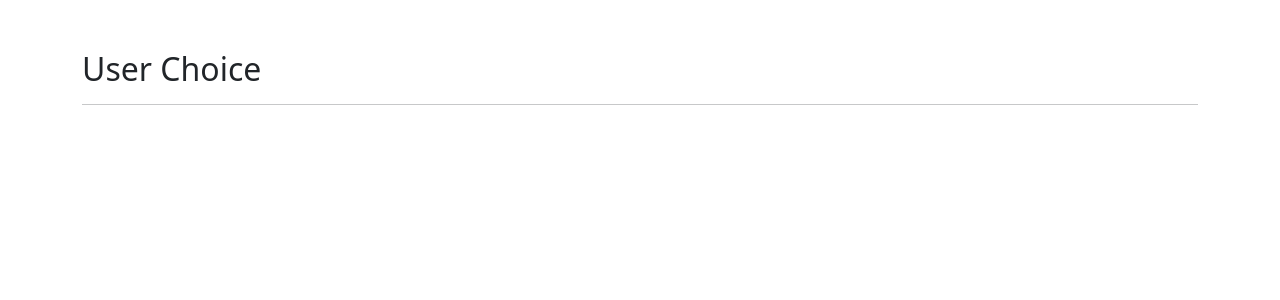
Repository: Kapil-06/My-Java-Projects
Page: http://localhost/MyNetBankingApplication/ShowCookie.jsp
The author's editor kept a copy of each file at every save. The page is drawn from the files as they stood at one save, then again after the next save.
The browser window is 1280 px wide. The pictures show the whole page.
The page is served by Tomcat 10.

Above is the page before, as saved 2023-05-30 17:29:12.

After the next save:
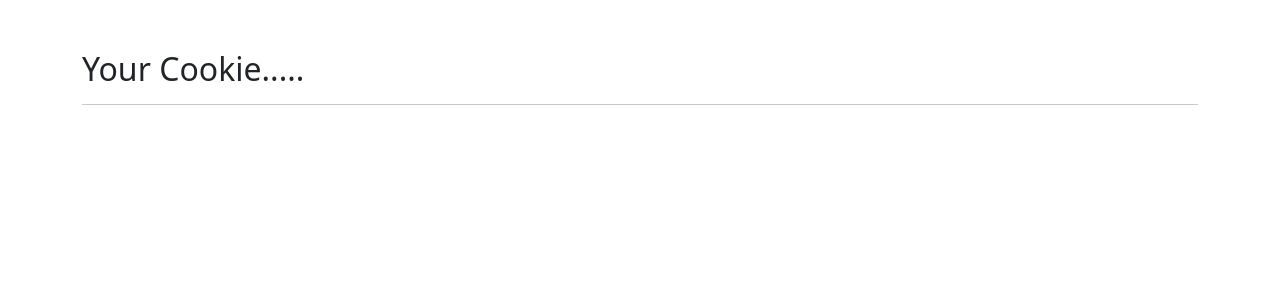
Saved 10 min 23 s later.
--- a/MyNetBankingApplication/src/main/webapp/ShowCookie.jsp
+++ b/MyNetBankingApplication/src/main/webapp/ShowCookie.jsp
@@ -9,9 +9,17 @@
 </head>
 <body style="margin-top: 50px;">
     <div class="container">
-        <h2>User Choice</h2>
+        <h2>Your Cookie.....</h2>
         <hr>
-
+        <%
+        Cookie c[]=request.getCookies();
+        if(c!=null){
+        	for(int i=0;i<c.length;i++){
+        		out.println("<br> Name : "+c[i].getName());
+        		out.println("  | Value : "+c[i].getValue());
+        	}
+        }
+        %>
     </div>
 
 </body>
